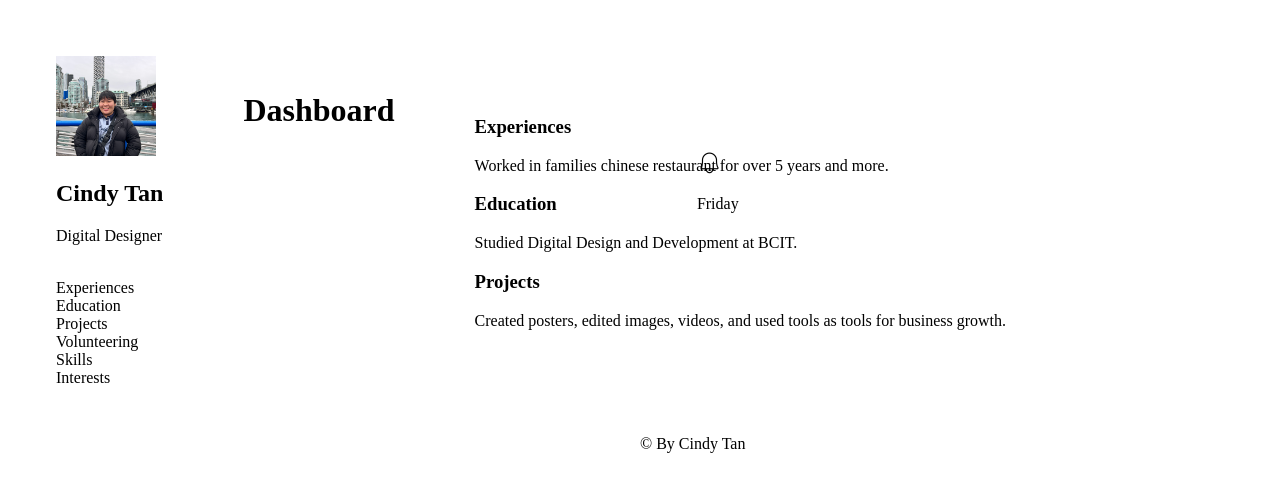
Repository: Cindy-tan/Assessment-_1
Page: /
These files come from the project's save history. The page is drawn as it stood at one moment and after the next save; the edit follows.
The browser window is 1280 px wide. The pictures show the whole page.
The project was rebuilt for these pictures with package versions that can differ from the ones it lists, and the page was loaded fresh each time. The framework's server and built-in components were replaced by stand-ins that run in the browser. Also part of the build but not shown: next.config.js, components/Card/Card.module.css, components/SideNavigation/SideNavigation.module.css.

Above is the page before, as saved 2024-01-19 00:02:24.

After the next save:
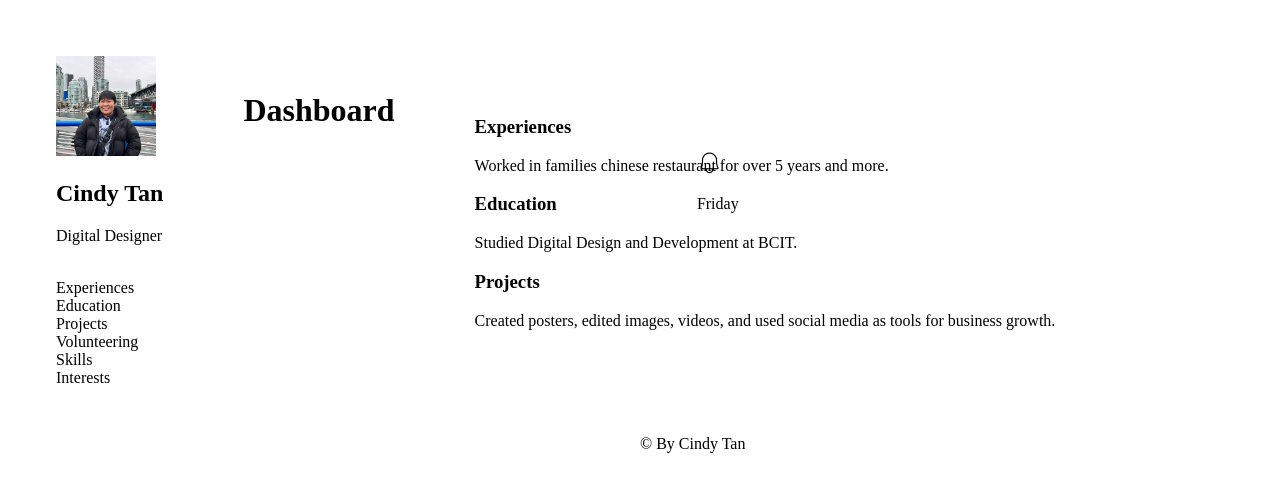
Saved 7 s later.
--- a/pages/index.js
+++ b/pages/index.js
@@ -32,7 +32,7 @@ export default function Home() {
         <div className={`${styles.card}`}>
           <Card title='Experiences' description='Worked in families chinese restaurant for over 5 years and more.'/>
           <Card title='Education' description='Studied Digital Design and Development at BCIT.'/>
-          <Card title='Projects' description='Created posters, edited images, videos, and used tools as tools for business growth.'/>
+          <Card title='Projects' description='Created posters, edited images, videos, and used social media as tools for business growth.'/>
         </div>
 
 
